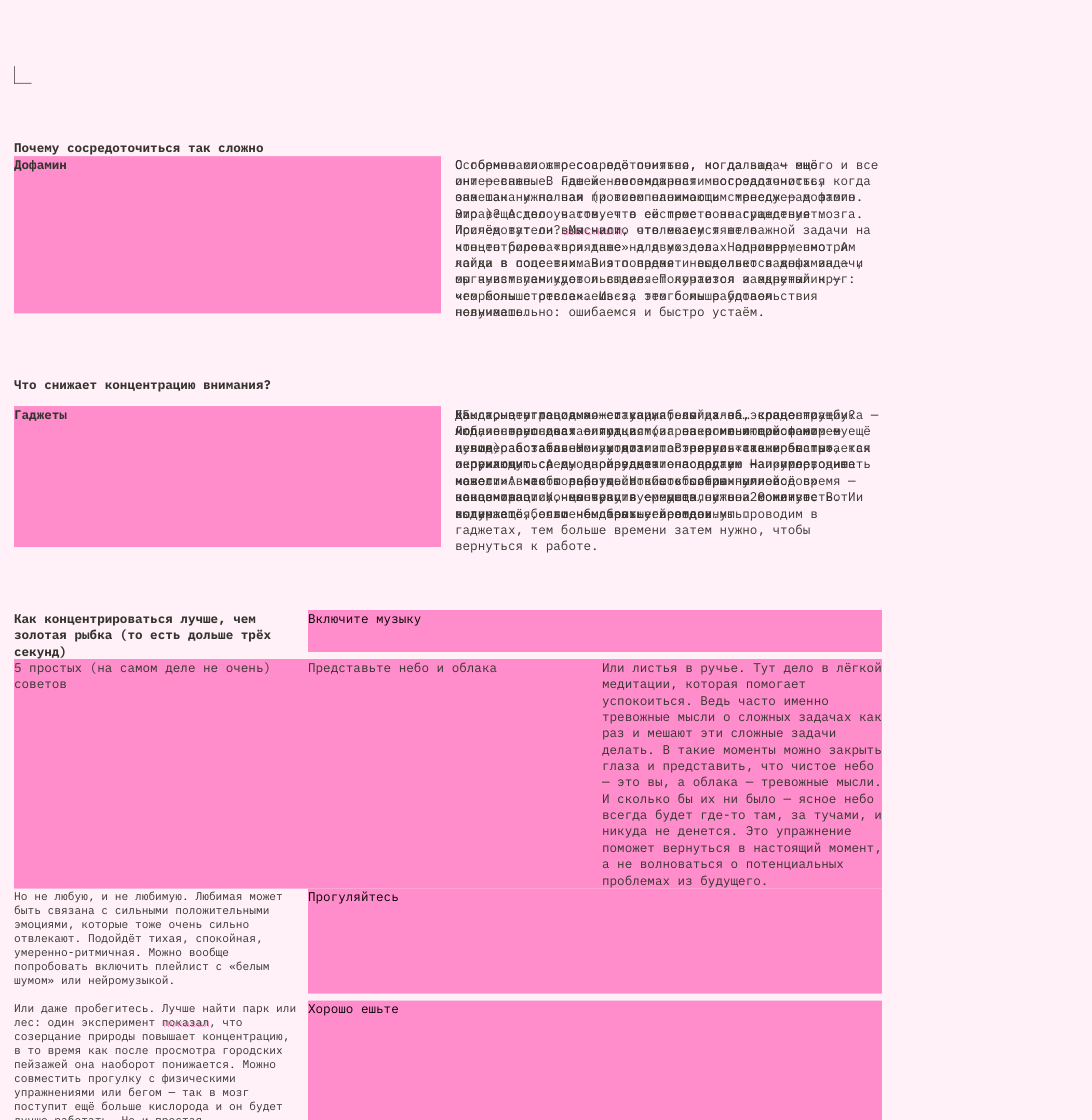
Repository: NikWolf75/slozhno-sosredotochitsya-fd
Page: index.html
These files come from the project's save history. The page is drawn as it stood at one moment and after the next save; the edit follows.
The browser window is 1280 px wide. The page is 1560 px wide, so the pictures cover 1560 px, including what lies to the right of the window. The pictures show the part of the page from y = 629 to 2229 px (the page is 7189 px tall before and 7208 px after), at 70% of full size.

Above is the page before, as saved 2025-02-27 23:27:51.

### index.html
<!DOCTYPE html>
<html lang="ru">
  <head>
    <meta charset="UTF-8" />
    <meta http-equiv="X-UA-Compatible" content="IE=edge" />
    <meta name="viewport" content="width=device-width, initial-scale=1.0" />
    <meta name="color-scheme" content="dark light" />
    <link rel="stylesheet" href="/fonts/fonts.css" />
    <link rel="stylesheet" href="/styles/globals.css" />
    <link rel="stylesheet" href="/styles/variables.css" />
    <link rel="stylesheet" href="/styles/style.css" />
    <link rel="stylesheet" href="/styles/dark.css" />
    <link rel="stylesheet" href="/styles/light.css" />
    <link rel="icon" href="/images/favicon.ico" sizes="any" />
    <link rel="icon" href="/images/favicon.svg" type="image/svg+xml" />
    <title>Сложно сосредоточиться</title>
    <script src="./scripts/script.js"></script>
  </head>
  <body class="page">
    <header class="header decorated-zone">
      <p class="rec_element">REC</p>
      <nav class="header__theme-menu">
        <ul class="header__theme-menu-list">
          <li class="header__theme-menu-item">
            <button
              class="header__theme-menu-button header__theme-menu-button_type_light"
            >
              День
            </button>
          </li>
          <li class="header__theme-menu-item">
            <button
              class="header__theme-menu-button header__theme-menu-button_active header__theme-menu-button_type_auto"
              disabled
            >
              Авто
            </button>
          </li>
          <li class="header__theme-menu-item">
            <button
              class="header__theme-menu-button header__theme-menu-button_type_dark"
            >
              Неон
            </button>
          </li>
        </ul>
      </nav>
      <h1 class="title_main">no focus</h1>
      <div class="title-decor">
        <p>Что делать, когда не можешь делать ничего</p>
        <p>
          Или почему нам так сложно сконцентрироваться, особенно когда очень
          надо
        </p>
      </div>
    </header>
    <main class="content">
      <section class="content__section">
        <h2 class="question_text">Почему сосредоточиться так сложно</h2>
        <article class="answer">
          <h3 class="content__answer-short">Многозадачность</h3>
          <p class="answer_large">
            Особенно сложно сосредоточиться, когда задач много и все они —
            важные. Где же легендарная многозадачность, когда она так нужна вам
            (и всем нанимающим менеджерам этого мира)? А дело в том, что её
            просто не существует. Исследователи
            <a class="link-text" href="#0">выяснили</a>, что мозгу тяжело
            концентрироваться даже на двух делах одновременно. А когда в поле
            внимания попадает несколько важных задач, организм паникует и
            выделяет кортизол и адреналин — «гормоны стресса». Из-за этого мы
            работаем невнимательно: ошибаемся и быстро устаём.
          </p>
        </article>
        <article class="answer">
          <h3 class="content__answer-short">Дофамин</h3>
          <p class="answer_large">
            С гормонами стресса всё понятно, но дальше — ещё интереснее. В нашей
            невозможности сосредоточиться замешана и полная противоположность
            стрессу — дофамин. Это вещество участвует в системе вознаграждения
            мозга. Причём тут он? Мы часто отвлекаемся от важной задачи на
            что-то более «приятное» для мозгов. Например, смотрим лайки в
            соцсетях. В это время и выделяется дофамин — и мы чувствуем
            удовольствие. Получается замкнутый круг: чем больше отвлекаешься,
            тем больше удовольствия получаешь.
          </p>
        </article>
      </section>
      <section class="content__section content__question">
        <h2 class="question_text">Что снижает концентрацию внимания?</h2>
        <article class="answer">
          <h3 class="content__answer-short">Многозадачность</h3>
          <p class="answer_large">
            Как концентрация может снижаться из-за… концентрации? Любая
            стрессовая ситуация (и резко меняющийся мир в целом) заставляет наш
            мозг постоянно «сканировать» окружающую среду на предмет опасности.
            Например, читать новости вместо работы. Но быть собранными всё время
            — невозможно. Концентрация — мышца, и она может не выдержать, если
            не давать ей отдохнуть.
          </p>
        </article>
        <article class="answer">
          <h3 class="content__answer-short">Еда</h3>
          <p class="answer_large">
            «Быстрые углеводы» — сахар, белый хлеб, сладости — молниеносно
            доставляют в мозг энергию и помогают ему лучше работать. Но уходит
            эта энергия также быстро, как и приходит. А мы в результате попадаем
            на «углеводные качели»: как только действие «быстрых углеводов»
            заканчивается, мы чувствуем усталость и сонливость. И хотим ещё
            больше быстрых углеводов.
          </p>
        </article>
        <article class="answer">
          <h3 class="content__answer-short">Гаджеты</h3>
          <p class="answer_large">
            Да-да, это та самая ситуация, когда на экране ноутбука — код, в
            наушниках — подкаст, а на компьютере фоном — ещё и видео с забавными
            утятами. В результате мозг пытается переключиться с одной задачи на
            другую — и просто не может. А чтобы вернуться к состоянию полной
            концентрации, человеку в среднем нужно 20 минут. Вот и получается,
            что чем больше времени мы проводим в гаджетах, тем больше времени
            затем нужно, чтобы вернуться к работе.
          </p>
        </article>
      </section>
      <section class="content__section">
        <h2 class="question_text">
          Как концентрироваться лучше, чем золотая рыбка (то есть дольше трёх
          секунд)
        </h2>
        <article class="answer advice">
          <h3 class="content__answer-short sub_content__answer-short">
            5 простых (на самом деле не очень) советов
          </h3>
          <h4 class="advice">
            Представьте небо и облака
          </h4>
          <p class="answer_large">
            Или листья в ручье. Тут дело в лёгкой медитации, которая помогает
            успокоиться. Ведь часто именно тревожные мысли о сложных задачах как
            раз и мешают эти сложные задачи делать. В такие моменты можно
            закрыть глаза и представить, что чистое небо — это вы, а облака —
            тревожные мысли. И сколько бы их ни было — ясное небо всегда будет
            где-то там, за тучами, и никуда не денется. Это упражнение поможет
            вернуться в настоящий момент, а не волноваться о потенциальных
            проблемах из будущего.
          </p>
        </article>
          <h4 class="advice">
            Включите музыку
          </h4>
          <p class="answer_large">
            Но не любую, и не любимую. Любимая может быть связана с сильными
            положительными эмоциями, которые тоже очень сильно отвлекают.
            Подойдёт тихая, спокойная, умеренно-ритмичная. Можно вообще
            попробовать включить плейлист с «белым шумом» или нейромузыкой.
          </p>
          <h4 class="advice">
            Прогуляйтесь
          </h4>
          <p class="answer_large">
            Или даже пробегитесь. Лучше найти парк или лес: один эксперимент
            <a class="link-text" href="#0">показал</a>, что созерцание природы
            повышает концентрацию, в то время как после просмотра городских
            пейзажей она наоборот понижается. Можно совместить прогулку с
            физическими упражнениями или бегом — так в мозг поступит ещё больше
            кислорода и он будет лучше работать. Но и простая двадцатиминутная
            прогулка — тоже отличный вариант.
          </p>
          <h4 class="advice">
            Хорошо ешьте
          </h4>
          <p class="answer_large">
            Мы — не ваша бабушка, но это правда важно. Выбирайте продукты,
            которые препятствуют резким скачкам сахара в крови. Например, с
            высоким содержанием клетчатки: овощи, ягоды, бобовые (нут, чечевица,
            фасоль), коричневый рис, хлеб из цельнозерновой пшеницы.
          </p>
          <h4 class="advice">
            Читайте
          </h4>
          <p class="answer_large">
            Настоящие бумажные книги. Это правда помогает с концентрацией: чтобы
            прочитать пост в соцсети, достаточно нескольких минут или даже
            секунд. А вот интересная книга способна затянуть и на несколько
            часов и круто тренирует направленное внимание.
          </p>
        </article>
      </section>
      <section class="content__section content__gallery">
        <h2 class="content__answer-short">А можно в картинках?</h2>
        <div class="gallery">
          <figure class="gallery__item">
            <img
              class="content__section-image"
              src="./images/sunset.png"
              alt="Вид острова на закате"
              loading="lazy"
            />
          </figure>
          <figure class="gallery__item">
            <img
              class="gallery__section-image"
              src="./images/ice-cream.png"
              alt="Чаша с мороженным"
              loading="lazy"
            />
          </figure>
          <figure class="gallery__item">
            <img
              class="gallery__section-image"
              src="./images/tape.png"
              alt="Кассета"
              loading="lazy"
            />
          </figure>
          <figure class="gallery__item">
            <img
              class="gallery__section-image"
              src="./images/books.png"
              alt="Стопка книг"
              loading="lazy"
            />
          </figure>
          <figure class="gallery__item">
            <img
              class="gallery__section-image"
              src="./images/street.png"
              alt="Улица"
              loading="lazy"
            />
          </figure>
        </div>
      </section>
    </main>
    <footer class="footer decorated-zone">
      <h2 class="title_main footer__title">focus</h2>
    </footer>
  </body>
</html>

### styles/globals.css
*,
*::before,
*::after {
  box-sizing: border-box;
}

body {
  min-inline-size: 375px;
  max-inline-size: 1440px;
  margin: 0 auto;
}

h1,
h2,
h3,
h4,
h5,
h6,
p {
  margin: 0;
}

ul {
  margin: 0;
  padding: 0;
  list-style: none;
}

picture {
  margin: 0;
  padding: 0;
}

button,
a {
  font-family: inherit;
  font-size: inherit;
  line-height: inherit;
  color: currentColor;
}

### styles/variables.css
:root {
  --main-font: 'IBM Plex mono';
}

### styles/style.css
.page {
  display: flex;
  flex-direction: column;
  font-family: var(--main-font), monospace;
  block-size: min-content;
  position: relative;
  font-weight: 700;
  background-color: var(--main-background-color);
  background-image: var(--main-background-image);
  background-attachment: fixed;
  background-position: center;
  background-size: cover;
  background-repeat: no-repeat;
 }

.decorated-zone {
  position: relative;
}

.decorated-zone::after,
.decorated-zone::before {
  position: absolute;
  inline-size: 25px;
  block-size: 25px;
  content: "";
  border: 1px solid var(--corner-color);
}

.decorated-zone::after {
  border-top: none;
  border-right: none;
  bottom: 10px;
  left: 10px;
}

.decorated-zone::before {
  border-left: none;
  border-bottom: none;
  right: 10px;
  top: 10px;
}

@media (width >= 768px) {
  .decorated-zone::after {
    bottom: 20px;
    left: 20px;
  }
}

@media (width >= 768px) {
  .decorated-zone::before {
    right: 20px;
    top: 20px;
  }
}

.rec_element {
  position: absolute;
  align-self: start;
  justify-self: end;
  margin: 0;
  right: 10px;
  margin-right: 28px;
  font-size: 18px;
  grid-column: 3;
  grid-row: 1;
  color: var(--accent-color);
  gap: 10px;
}

@media (width >= 768px) {
  .rec_element {
    right: 20px;
  }
}

.rec_element::after {
  content: "";
  border-radius: 50%;
  position: absolute;
  top: 8px;
  left: 44px;
  background: var(--accent-color);
  width: 10px;
  height: 10px;
  box-shadow: 0 0 4px 2px var(--accent-color)
}

.header {
  display: grid;
  grid-template-columns: repeat(3, 1fr);
  grid-template-rows: 1fr min-content 1fr;
  align-items: center;
  justify-items: end;
  position: relative;
  block-size: min(668px, 100vh);
  padding: 10px;
  inline-size: 100%;
 }

 @media (width >= 768px) {
  .header {
    padding: 20px 20px 20px 0;
    block-size: max(1024px, 100vh);
  }
 }

 @media (width >= 1024px) {
  .header {
    block-size: max(768px, 100vh);
  }
 }

 .header__theme-menu {
  grid-column: 3;
  grid-row: 1;
  justify-self: end;
  align-self: center;
}

@media (width >= 1024px) {
  .header__theme-menu {
    grid-column: 1 / -1;
    align-self: start;
    justify-self: center;
    margin-left: 20px;
  }
 }

.header__theme-menu-list {
  display: flex;
  flex-direction: column;
  list-style: none;
  row-gap: 10px;
}

@media (width >= 1024px) {
  .header__theme-menu-list {
    display: flex;
    flex-direction: row;
    column-gap: 10px;
  }
 }

.header__theme-menu-button {
  font-family: inherit;
  background: transparent;
  font-size: 18px;
  color: var(--menu-color);
  border: none;
  text-transform: lowercase;
  border: none;
  height: 26px;
  padding-right: 13px;
  padding-left: 13px;
}

.header__theme-menu-bitton:hover {
  outline: 1px solid var(--menu-color-rgb);
}

.header__theme-menu-button_active {
  outline: 1px solid var(--menu-color);
}

.header__theme-menu-button:focus {
  outline: none;
  text-decoration: underline;
}

.header__theme-menu-button:focus-visible {
  outline: none;
  text-decoration: underline;
}

.title_main {
  font-family: inherit;
  font-size: clamp(7.25rem, 7.0115rem + 1.0178vw, 7.5rem);
  line-height: 95.7px;
  color: var(--title-short-text-color);
  text-shadow: 4px 4px 0 var(--accent-color);
  justify-self: start;
  grid-column: 1 / -1;
  grid-row: 2;
}

@media (width >= 1024px) {
  .title_main {
    line-height: 129.5px;
  }
}

@media (width >= 768px) {
  .title_main {
    font-size: clamp(7.5rem, 0.5625rem + 14.4531vw, 9.8125rem);
    font-weight: 700;
    line-height: 99px;
  }
}

.title-decor {
  font-weight: 700;
  font-family: var(--main-font), monospace;
  font-size: 18px;
  line-height: 23.4px;
  background-color: var(--accent-color);
  color: var(--title-text-color);
  grid-row: 3;
  grid-column: 1 / -1;
  border: 1px solid var(--main-background-color);
  margin: 0;
  justify-self: end;
  align-self: center;
}

@media (width >= 768px) {
  .title-decor {
    max-width: 49%;
  }
}

.content {
  display: flex;
  box-sizing: border-box;
  flex-direction: column;
  padding: 40px 10px 0 10px;
  row-gap: 50px;
}

@media (width >= 768px) {
  .content {
    padding: 60px 20px 20px 20px;
    row-gap: 80px;
  }
}

@media (width >= 768px) {
  .content__section {
    display: grid;
    grid-template-columns: 1fr 2fr;
    column-gap: 20px;
  }
}

@media (width >= 1024px) {
  .content__section {
    column-gap: 10px;
  }
}

.content__what, .answer {
  margin-bottom: 20px;
}

.content__what, .answer:last-of-type {
  margin-bottom: 0;
}

.content__gallery, .content__answer-short {
  font-size: 18px;
}

@media (width >= 768px) and (width < 1024px) {
  .content__question,
  .content__gallery {
    display: grid;
    grid-template-columns: repeat(3, 1fr);
    grid-template-rows: min-content, 1fr;
    row-gap: 20px;
  }

  .content__question, .question_text {
    grid-row: 1;
    grid-column: 1;
  }

  .content__question, .answer {
    grid-row: 2;
    grid-column: 1 / -1;
    margin-bottom: 20px;
  }

  .content__gallery, .content__answer-short {
    grid-row: 1;
    grid-column: 1 / -1;
    margin: 0;
  }

  .content__gallery, .gallery {
    grid-row: 2;
    grid-column: 1 / -1;
  }
}

@media (width >= 1024px) {
  .content__question,
  .content__gallery {
    display: grid;
    grid-template-columns: repeat(3, 1fr);
    row-gap: 20px;
  }

  .content__question, .question_text {
    grid-row: 1;
    grid-column: 1;
  }

  .content__question, .answer {
    display: grid;
    grid-row: 2;
    grid-column: 1 / -1;
    column-gap: 20px;
    grid-template-columns: repeat(auto-fit, minmax(calc((100% - 40px) / 3), 1fr));
  }

  .content__gallery, .answer-short {
    grid-row: 1;
    grid-column: 1 / -1;
    margin: 0;
  }

  .content__gallery, .gallery {
    grid-row: 2;
    grid-column: 1 / -1;
  }
}

.question_text {
  font-family: var(--main-font), monospace;
  font-size: 18px;
  font-weight: 700;
  line-height: 23.5px;
  color: var(--question-text-color);
  margin: 0;
  margin-bottom: 20px;
}

@media (width >= 768px) {
  .question_text {
    padding-right: 9px;
    margin-bottom: 0;
  }
}

.answer {
  font-family: var(--main-font), monospace;
  font-size: 18px;
  font-weight: 700;
  line-height: 23.4px;
  color: var(--answer-short-text-color);
}

.advices {
  display: flex;
  flex-direction: column;
}

.content_how {
  display: flex;
  flex-direction: column;
}

.content__answer-short {
  color: var(--answer-short-text-color);
  background-color: var(--accent-color);
  margin: 0;
  margin-bottom: 10px;
  font-family: inherit;
  font-size: inherit;
  font-weight: inherit;
  line-height: inherit;
}



.answer_large {
  font-family: inherit;
  font-size: inherit;
  font-weight: 400;
  line-height: inherit;
  color: var(--answer-text-color);
  margin-bottom: 20px;
}

.answer, .answer_large:last-of-type {
  margin-bottom: 0;
}

.link-text {
  text-decoration: none;
  color: inherit;
  text-shadow: 2px 2px 0 var(--shadow-accent-color);
}

.link-text:hover {
  border-bottom: 1px solid var(--menu-color);
}

.link-text:focus {
  outline: none;
  border: none;
}

.link-text:focus-visible {
  outline: 1px solid var(--answer-text-color);
  border: 1px solid transparent;
  color: var(--answer-text-color);
}

.advice {
  font-family: var(--main-font), monospace;
  font-size: 18px;
  font-weight: 400;
  background-color: var(--accent-color);
  line-height: 23.4px;
  margin: 0 0 10px 0;
}

.gallery {
  display: grid;
  grid-template-columns: 1fr;
  grid-template-rows: 142px 355px 237px 355px 237px;
  gap: 10px;
  grid-auto-flow: dense;
  margin-bottom: 40px;
}

.gallery__item {
  margin: o;
}

.gallery__section-image {
  object-fit: cover;
  inline-size: 100%;
  block-size: 100%;
}

@media (width >= 1024px) {
  .gallery {
    grid-template-rows: 260px 315px 433px;
  }
}

.footer {
  display: grid;
  height: 100vh;
  padding: 10px;
  block-size: max(668px, 100vh);
  grid-template-columns: 1fr;
  grid-template-rows: 1fr min-content 1fr;
}

@media (width >= 768px) {
  .footer {
    padding: 20px;
    block-size: max(1024px, 100vh);
  }
}

@media (width >= 1024px) {
  .footer {
    block-size: max(768px, 100vh);
  }
}

.footer_title {
  justify-self: center;
}

### styles/dark.css
:root.theme-dark {
  --title-short-text-color: #DB00FF;
  --header-background-image: url(../images/cover-image-dark.png);
  --title-text-color: #000028;
  --accent-color: #FF0070;
  --menu-color: #FF0070;
  --menu-color-rgb: rgba(255, 0, 112, 0.4);
  --shadow-accent-color: #FF0070;
  --main-background-color: #000028;
  --answer-text-color: #F1B2CE;
  --answer-short-text-color: #000028;
  --question-text-color: #FF0070;
  --corner-color: #FF0070;
}

.theme-dark .page {
  /* Вам также нужно будет написать ряд подобных селекторов */
}

.theme-dark li {
  outline: none;
}

@media (prefers-color-scheme: dark) {
  :root {
    /* сохраните этот селектор в приведённом виде.
      Так стили написанные ниже будут иметь больший вес,
      чем стили в медиазапросе предпочтений пользователя
    */
    --title-short-text-color: #DB00FF;
    --header-background-image: url(../images/cover-image-dark.png);
    --title-text-color: #000028;
    --accent-color: #FF0070;
    --menu-color: #FF0070;
    --menu-color-rgb: rgba(255, 0, 112, 0.4);
    --shadow-accent-color: #FF0070;
    --main-background-color: #000028;
    --answer-text-color: #F1B2CE;
    --answer-short-text-color: #000028;
    --question-text-color: #FF0070;
    --corner-color: #FF0070;
  }

  li {
    outline: none;
  }
}

### styles/light.css
:root.theme-light {
  --title-short-text-color: #FFC2E6;
  --header-background-image: url(../images/cover-image-light.png);
  --title-text-color: #353430;
  --accent-color: #FF8DCB;
  --menu-color: #353430;
  --menu-color-rgb: rgba(53, 52, 48, 0.4);
  --shadow-accent-color: #FF8DCB;
  --main-background-color: #FFF1F7;
  --answer-text-color: #353430;
  --answer-short-text-color: #353430;
  --question-text-color: #353430;
  --corner-color: #353430;
}

.theme-light .page .rec_element {
  display: none;
}

.theme-light .rec_element::after {
  display: none;
}

.theme-light li {
  outline: none;
}

@media (prefers-color-scheme: light) {
  :root {
    --title-short-text-color: #FFC2E6;
    --header-background-image: url(../images/cover-image-light.png);
    --title-text-color: #353430;
    --accent-color: #FF8DCB;
    --menu-color: #353430;
    --menu-color-rgb: rgba(53, 52, 48, 0.4);
    --shadow-accent-color: #FF8DCB;
    --main-background-color: #FFF1F7;
    --answer-text-color: #353430;
    --answer-short-text-color: #353430;
    --question-text-color: #353430;
    --corner-color: #353430;
  }


  .theme-light .rec_element {
    display: none;
  }

  .theme-auto .rec_element {
    display: none;
  }

  .rec_element .rec_element::after {
    display: none;
  }

  li {
    outline: none;
  }
}

### scripts/script.js
(function initTheme() {
  const theme = localStorage.getItem('theme');
  if (theme) {
    setTheme(theme);
  }
})();

document.addEventListener('DOMContentLoaded', () => {
  const currentTheme = [...document.documentElement.classList]
    .find((cn) => cn.startsWith('theme-'))
    ?.replace('theme-', '');
  const themeButtons = [
    ...document.querySelectorAll('.header__theme-menu-button'),
  ];
  setActiveButton(themeButtons, currentTheme);

  themeButtons.forEach((button) => {
    button.addEventListener('click', () => {
      const chosenTheme = [...button.classList]
        .find((cn) => cn.includes('_type_'))
        .split('_type_')[1];
      setTheme(chosenTheme);
      setActiveButton(themeButtons, chosenTheme);
    });
  });
});

function setTheme(theme) {
  document.documentElement.className = '';
  document.documentElement.classList.add(`theme-${theme}`);
  localStorage.setItem('theme', theme);
}

function setActiveButton(buttonsArray, theme) {
  buttonsArray.forEach((button) => {
    button.classList.remove('header__theme-menu-button_active');
    button.removeAttribute('disabled');
  });
  const target = buttonsArray.find((button) =>
    button.classList.contains(`header__theme-menu-button_type_${theme}`)
  );
  if (target) {
    target.classList.add('header__theme-menu-button_active');
    target.setAttribute('disabled', true);
  } else {
    const autoButton = document.querySelector(
      '.header__theme-menu-button_type_auto'
    );
    autoButton.classList.add('header__theme-menu-button_active');
    autoButton.setAttribute('disabled', true);
  }
}

Loaded but not shown: fonts/fonts.css (common file)

After the next save:
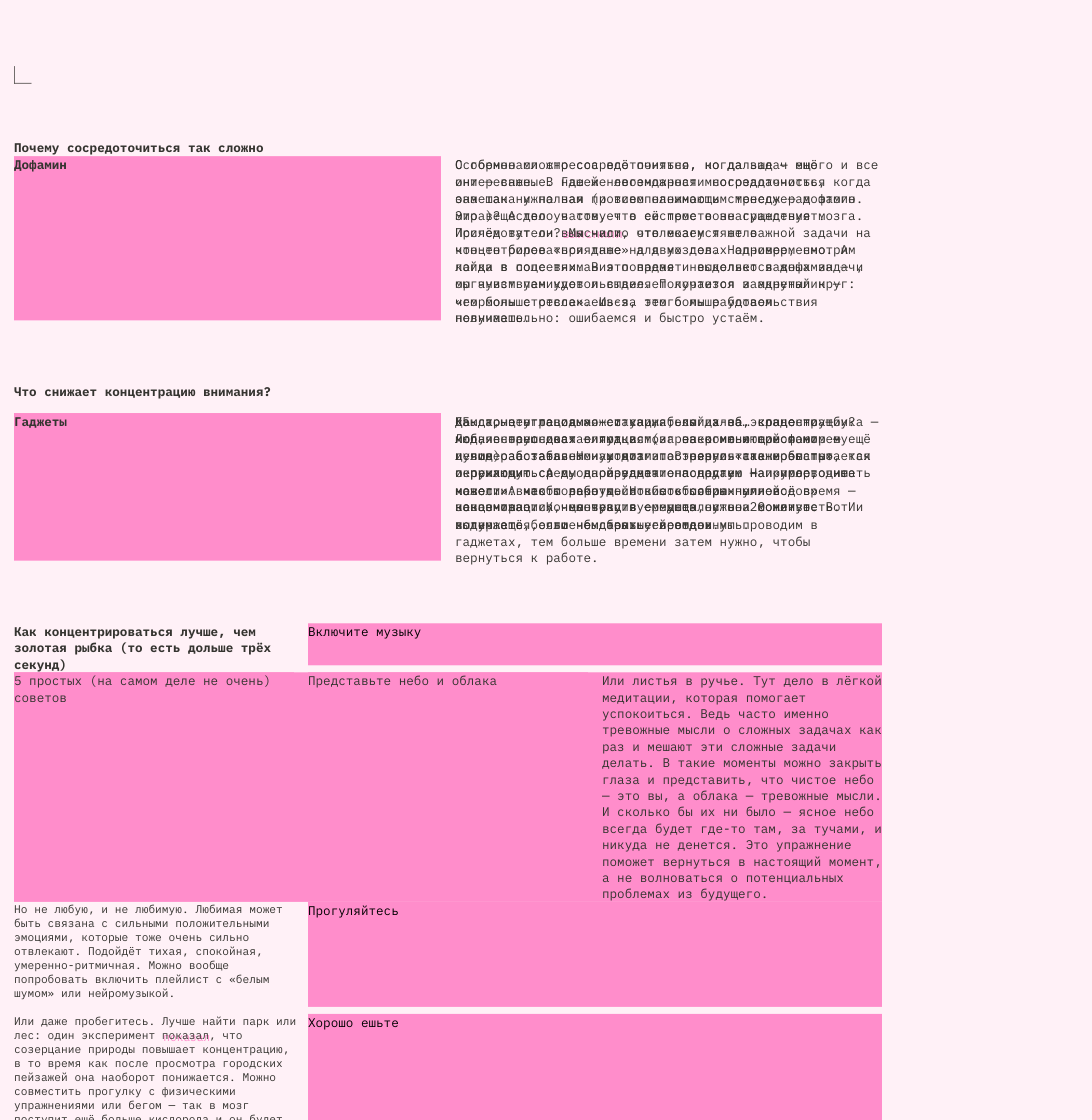
Saved 10 s later.
--- a/styles/style.css
+++ b/styles/style.css
@@ -346,7 +346,7 @@
   font-family: var(--main-font), monospace;
   font-size: 18px;
   font-weight: 700;
-  line-height: 23.4px;
+  line-height: 24.4px;
   color: var(--answer-short-text-color);
 }
 
